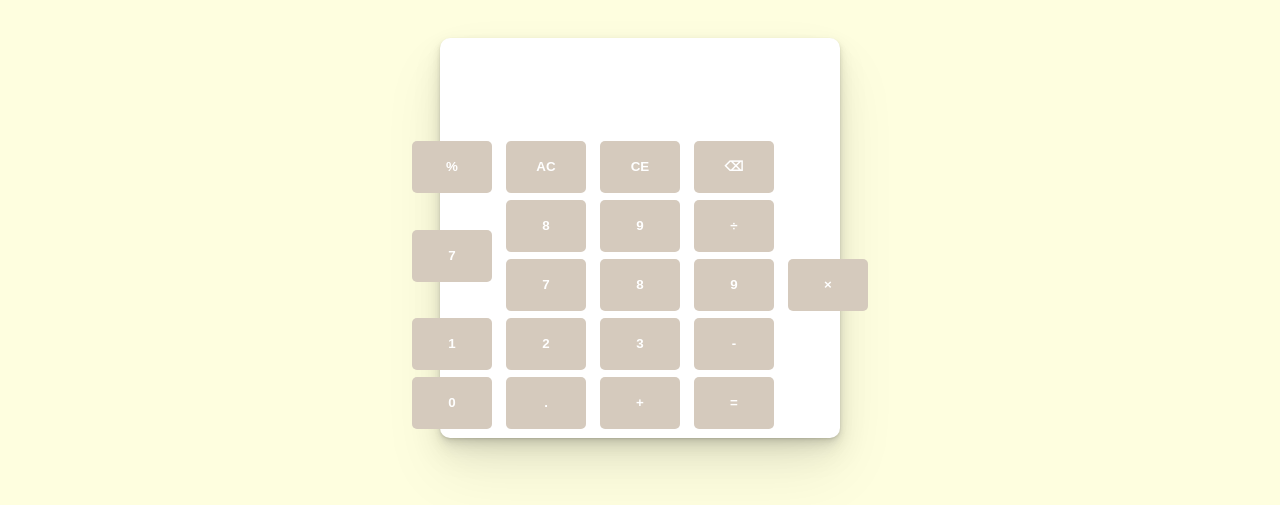
Repository: JeongminHW/Web_study
Page: HTML/myHTML/src/main/webapp/project/calculator.html
The author's editor kept a copy of each file at every save. The page is drawn from the files as they stood at one save, then again after the next save.
The browser window is 1280 px wide. The pictures show the whole page.

Above is the page before, as saved 2024-07-12 05:59:08.
Console error: TypeError: btn.addEventListener is not a function

### HTML/myHTML/src/main/webapp/project/calculator.html
<!DOCTYPE html>
<html>
<head>
<meta charset="UTF-8">
<title>Insert title here</title>
<link rel="stylesheet" href="style.css">
<script type="text/javascript" src="js.js"></script>
</head>
<body>
	<div class="container">
		<div class="result">
		<span class="input"></span>
		</div>
		<div  class="cal">
		<table>
			<tr>
				<td class="arg"><input class="btn" type="button" value="%"></td>
				<td class="arg"><input class="btn clear" type="button" value="AC"></td>
				<td class="arg"><input class="btn " type="button" value="CE"></td>
				<td class="arg"><input class="btn" type="button" value="⌫"></td>
			</tr>
			<tr>
				<td rowspan="2" class="arg"><input class="btn" type="button" value="7"></td>
				<td class="arg"><input class="btn" type="button" value="8"></td>
				<td class="arg"><input class="btn" type="button" value="9"></td>
				<td class="arg"><input class="btn" type="button" value="÷"></td>
			</tr>
			<tr>
				<td class="arg"><input class="btn" type="button" value="7"></td>
				<td class="arg"><input class="btn" type="button" value="8"></td>
				<td class="arg"><input class="btn" type="button" value="9"></td>
				<td class="arg"><input class="btn" type="button" value="×"></td>
			</tr>
			<tr>
				<td class="arg"><input class="btn" type="button" value="1"></td>
				<td class="arg"><input class="btn" type="button" value="2"></td>
				<td class="arg"><input class="btn" type="button" value="3"></td>
				<td class="arg"><input class="btn" type="button" value="-"></td>
			</tr>
			<tr>
				<td class="arg"><input class="btn" type="button" value="0"></td>
				<td class="arg"><input class="btn" type="button" value="."></td>
				<td class="arg"><input class="btn" type="button" value="+"></td>
				<td class="arg"><input class="btn" type="button" value="="></td>
			</tr>
		</table>
		</div>
	</div>
</body>
</html>

### HTML/myHTML/src/main/webapp/project/style.css
body {
	background: #FEFEDF;
	display: flex;
	text-align: center;
	justify-content: center;
}

.container {
	width: 400px;
	height: 400px;
	background: white;
	border-radius: 10px;
	line-height: 20px;
	margin-bottom: 30px;
	margin-top: 30px;
	box-sizing: border-box;
	margin-left: 15px;
	margin-right: 15px;
	text-align: center;
	justify-content: center;
	box-shadow: 0 1px 2px rgba(0, 0, 0, 0.07), 0 2px 4px rgba(0, 0, 0, 0.07),
		0 4px 8px rgba(0, 0, 0, 0.07), 0 8px 16px rgba(0, 0, 0, 0.07), 0 16px
		32px rgba(0, 0, 0, 0.07), 0 32px 64px rgba(0, 0, 0, 0.07);
}

.result {
	width: auto;
	height: 80px;
	text-align: right;
	padding:20px 20px 0px 20px;
	font-size: 30px;
}

.cal{
	width:400px;
	display:flex;
	text-align: center;
	justify-content: center;
}

.btn {
	display: block;
	position: relative;
	float: left;
	width: 80px;
	/* margin: 10px 20px 10px 0; */
	font-weight: 600;
	text-align: center;
	line-height: 50px;
	color: #FFF;
	background: #D5CABD; border-radius : 5px;
	border: none;
	transition: all 0.2s;
	border-radius: 5px;
	margin: 0px 5px 3px 5px;
}

.btn:hover {
	box-shadow: -7px -7px 20px 0px #fff9, -4px -4px 5px 0px #fff9, 7px 7px
20px 0px #0002, 4px 4px 5px 0px #0001;
}

### HTML/myHTML/src/main/webapp/project/js.js
'use strict';

var btn = document.querySelectorAll('.btn');
var input = document.querySelector('.input');

btn.addEventListener('click', () =>{

})

After the next save:
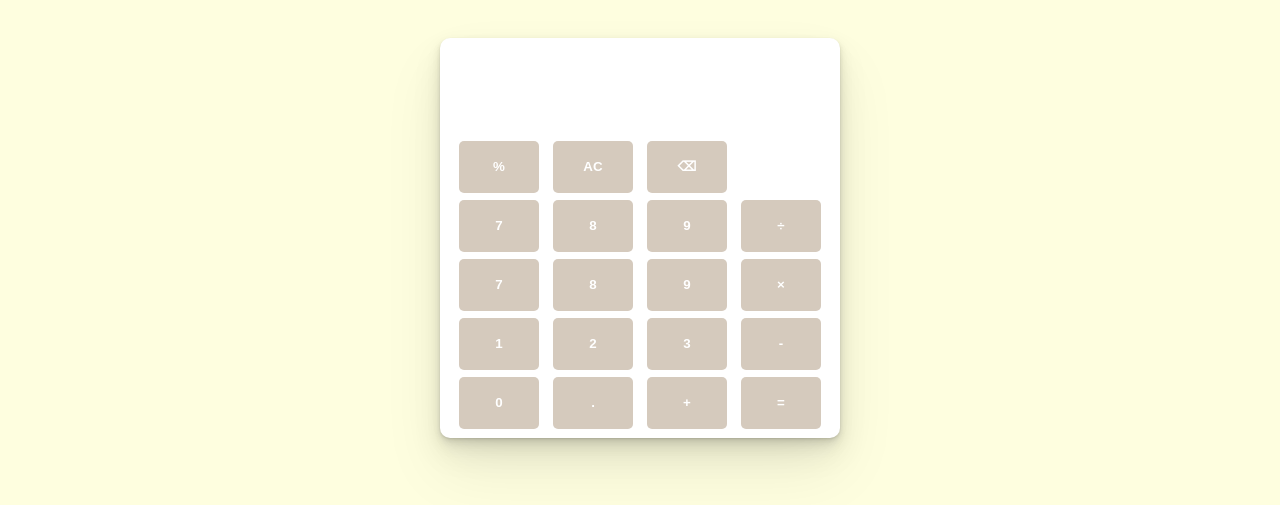
Saved 14 s later.
--- a/HTML/myHTML/src/main/webapp/project/calculator.html
+++ b/HTML/myHTML/src/main/webapp/project/calculator.html
@@ -16,11 +16,10 @@
 			<tr>
 				<td class="arg"><input class="btn" type="button" value="%"></td>
 				<td class="arg"><input class="btn clear" type="button" value="AC"></td>
-				<td class="arg"><input class="btn " type="button" value="CE"></td>
 				<td class="arg"><input class="btn" type="button" value="⌫"></td>
 			</tr>
 			<tr>
-				<td rowspan="2" class="arg"><input class="btn" type="button" value="7"></td>
+				<td class="arg"><input class="btn" type="button" value="7"></td>
 				<td class="arg"><input class="btn" type="button" value="8"></td>
 				<td class="arg"><input class="btn" type="button" value="9"></td>
 				<td class="arg"><input class="btn" type="button" value="÷"></td>
